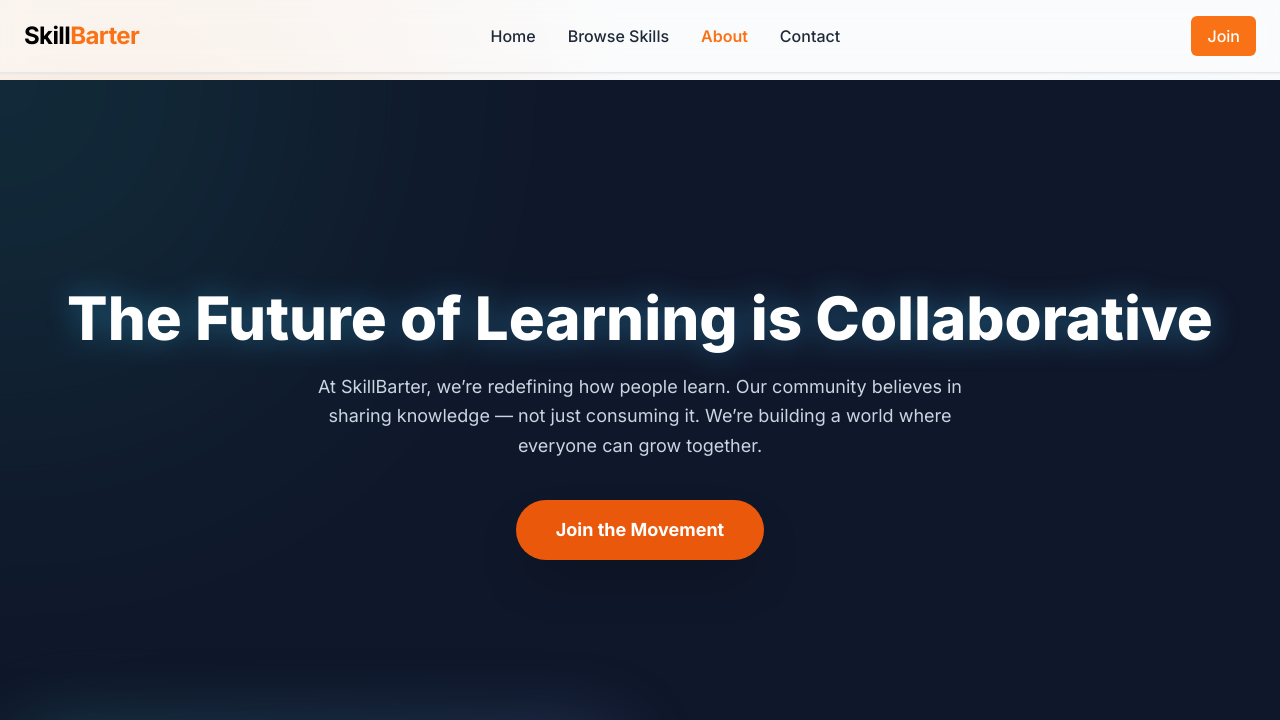
Repository: Shubhamgarg44/Skill-barter-frontend
Page: /about
The author's editor kept a copy of each file at every save. The page is drawn from the files as they stood at one save, then again after a run of saves.
The browser window is 1280 px wide. The pictures show the whole page.
The page's requests for data from a server got no answer. An inner scrolling area shows only its first screen. The project was rebuilt for these pictures with package versions that can differ from the ones it lists, and the page was loaded fresh each time. No one was signed in, and anything a server would have sent is missing. Also part of the build but not shown: vite.config.js, src/components/PrivateRoute.jsx, src/components/Hero.jsx, src/components/Howitworks.jsx, src/api/axios.js, src/components/featured.jsx, src/components/Login.jsx, src/components/Signup.jsx and 5 more.

Above is the page before, as saved 2025-10-05 17:17:12.

### index.html
<!doctype html>
<html lang="en">
  <head>
    <meta charset="UTF-8" />
    <link rel="icon" type="image/svg+xml" href="" />
    <meta name="viewport" content="width=device-width, initial-scale=1.0" />
    <title>Skill Barter</title>
  </head>
  <body>
    <div id="root"></div>
    <script type="module" src="/src/main.jsx"></script>
  </body>
</html>

### src/main.jsx
import React from "react";
import ReactDOM from "react-dom/client";
import App from "./App.jsx";
import "./index.css";
import { ToastContainer } from "react-toastify";
import "react-toastify/dist/ReactToastify.css";

ReactDOM.createRoot(document.getElementById("root")).render(
  <React.StrictMode>
    <App />
    <ToastContainer
      position="top-right"
      autoClose={2500}
      hideProgressBar={false}
      newestOnTop={false}
      closeOnClick
      pauseOnHover
      draggable
      theme="light"  // keeps your bright UI style
    />
  </React.StrictMode>
);

### src/App.jsx
import React from "react";
import {
  BrowserRouter as Router,
  Routes,
  Route,
  useLocation,
} from "react-router-dom";
import "./App.css";
import PrivateRoute from "./components/PrivateRoute";
import Header from "./components/Header";
import Hero from "./components/Hero";
import HowItWorks from "./components/Howitworks";
import FeaturedSkills from "./components/featured";
import Login from "./components/Login";
import Signup from "./components/Signup";
import Dashboard from "./pages/Dashboard";
import SkillDetails from "./pages/SkillDetails";
import BrowseSkills from "./pages/BrowseSkills";
import UserProfile from "./pages/UserProfile";
import About from "./pages/About";




function Layout() {
  const location = useLocation();
  const hideHeaderRoutes = ["/login", "/signup"];
  const currentPath = location.pathname.toLowerCase();
  const hideHeader = hideHeaderRoutes.some((path) =>
    currentPath.startsWith(path)
  );

  return (
    <div className="relative overflow-x-hidden min-h-screen">
      {!hideHeader && <Header />}
      <main className={!hideHeader ? "pt-[80px]" : ""}>
        <Routes>
          <Route
            path="/"
            element={
              <>
                <Hero />
                <HowItWorks />
                <FeaturedSkills />
              </>
            }
          />
          <Route path="/login" element={<Login />} />
          <Route path="/signup" element={<Signup />} />
          <Route path="/browse" element={<BrowseSkills />} />
          <Route path="/profile/:userId" element={<UserProfile />} />
          <Route path="/about" element={<About />} />




          {/* ✅ Dashboard inside layout (so Header stays) */}
          <Route
            path="/dashboard"
            element={
              <PrivateRoute>
                <Dashboard />
              </PrivateRoute>
            }
          />
          <Route path="/skills/:id" element={<SkillDetails />} />
        </Routes>
      </main>
    </div>
  );
}

function App() {
  return (
    <Router>
      <Layout />
    </Router>
  );
}

export default App;

### src/index.css
@tailwind base;
@tailwind components;
@tailwind utilities;

body {
  margin: 0;
  padding: 0;
  box-sizing: border-box;
  overflow-x: hidden;
}

### src/App.css
#root {
  max-width: 1280px;
  margin: 0 auto;
  padding: 2rem;
  text-align: center;
}

.logo {
  height: 6em;
  padding: 1.5em;
  will-change: filter;
  transition: filter 300ms;
}
.logo:hover {
  filter: drop-shadow(0 0 2em #646cffaa);
}
.logo.react:hover {
  filter: drop-shadow(0 0 2em #61dafbaa);
}

/* App.css or index.css */
#root {
  max-width: 100%;
  margin: 0 auto;
  padding: 0;
  text-align: center;
}

/* For larger screens */
@media (min-width: 768px) {
  #root {
    max-width: 1600px;
    padding: 0;
  }
}


@keyframes logo-spin {
  from {
    transform: rotate(0deg);
  }
  to {
    transform: rotate(360deg);
  }
}

/* Soft blurred background blobs */
.gradient-blob {
  position: absolute;
  border-radius: 50%;
  filter: blur(80px);
  opacity: 0.5;
  z-index: 0;
}


@media (prefers-reduced-motion: no-preference) {
  a:nth-of-type(2) .logo {
    animation: logo-spin infinite 20s linear;
  }
}

.card {
  padding: 2em;
}

.read-the-docs {
  color: #888;
}

### src/pages/About.jsx
import React, { useEffect, useState } from "react";

const About = () => {
  const [scrollY, setScrollY] = useState(0);

  useEffect(() => {
    const handleScroll = () => setScrollY(window.scrollY);
    window.addEventListener("scroll", handleScroll);
    return () => window.removeEventListener("scroll", handleScroll);
  }, []);

  return (
    <div className="min-h-screen bg-slate-900 text-white overflow-hidden relative">
      {/* Floating gradient blobs like Hero */}
      <div className="absolute top-0 left-0 w-[500px] h-[500px] bg-teal-400 rounded-full blur-[180px] opacity-20 -translate-x-1/2 -translate-y-1/2"></div>
      <div className="absolute bottom-0 right-0 w-[600px] h-[600px] bg-orange-500 rounded-full blur-[220px] opacity-20 translate-x-1/3 translate-y-1/3"></div>

      {/* Main About Hero Section */}
      <section className="min-h-[80vh] flex flex-col justify-center items-center text-center px-6 relative z-10 pt-28">
        <h1
          className="text-5xl lg:text-6xl font-extrabold text-white mb-6 leading-tight drop-shadow-[0_0_15px_rgba(56,189,248,0.4)]"
          style={{ transform: `translateY(${scrollY * 0.1}px)` }}
        >
          The Future of Learning is Collaborative
        </h1>
        <p
          className="text-lg text-slate-300 max-w-2xl leading-relaxed mb-10"
          style={{ transform: `translateY(${scrollY * 0.15}px)` }}
        >
          At SkillBarter, we’re redefining how people learn. Our community
          believes in sharing knowledge — not just consuming it. We’re building
          a world where everyone can grow together.
        </p>
        <button className="bg-orange-600 text-white px-10 py-4 text-lg font-bold rounded-full hover:bg-orange-500 transition-all duration-300 transform hover:-translate-y-1 shadow-2xl hover:shadow-orange-500/30 active:scale-95">
          Join the Movement
        </button>
      </section>

      {/* About Details Section */}
      <section className="max-w-7xl mx-auto px-6 py-20 grid md:grid-cols-2 gap-12 items-center">
        {/* Image / Visual Side */}
        <div
          className="relative w-full h-80 flex items-center justify-center"
          style={{ transform: `translateY(${scrollY * 0.1}px)` }}
        >
          <div className="absolute inset-0 bg-gradient-to-br from-teal-400/30 to-purple-500/30 rounded-3xl blur-2xl"></div>
          <img
            src="/src/assets/teamwork.png"
            alt="Team Collaboration"
            className="relative z-10 rounded-3xl w-full h-full object-cover border border-white/10"
          />
        </div>

        {/* Text Content */}
        <div className="space-y-4">
          <h2 className="text-3xl font-bold text-orange-400">
            Who We Are
          </h2>
          <p className="text-slate-300 leading-relaxed">
            SkillBarter is more than a platform — it’s a movement to make
            learning accessible, personal, and human. By connecting learners and
            teachers through shared skills, we’re creating a system built on
            trust, collaboration, and growth.
          </p>
          <p className="text-slate-400">
            Whether you’re an artist, developer, cook, or student — there’s
            always someone you can learn from, and someone who can learn from
            you.
          </p>
        </div>
      </section>

      {/* Mission & Vision Section */}
      <section className="bg-slate-800/50 backdrop-blur-xl border-t border-b border-slate-700 py-20 relative z-10">
        <div className="max-w-6xl mx-auto px-6 grid md:grid-cols-2 gap-12 items-start">
          <div>
            <h2 className="text-3xl font-bold text-teal-400 mb-4">
              Our Mission
            </h2>
            <p className="text-slate-300 leading-relaxed">
              To create a world where learning and teaching flow naturally
              between people. We aim to connect individuals through the power of
              skill-sharing — creating an ecosystem of continuous learning.
            </p>
          </div>
          <div>
            <h2 className="text-3xl font-bold text-orange-400 mb-4">
              Our Vision
            </h2>
            <p className="text-slate-300 leading-relaxed">
              We envision a community-driven economy of knowledge where skills
              are the true currency, and every connection creates an opportunity
              for growth.
            </p>
          </div>
        </div>
      </section>

      {/* Why Choose Section */}
      <section className="max-w-7xl mx-auto px-6 py-20 text-center relative z-10">
        <h2 className="text-4xl font-bold text-white mb-12">
          Why Choose <span className="text-orange-400">SkillBarter</span>?
        </h2>
        <div className="grid sm:grid-cols-2 lg:grid-cols-3 gap-10">
          {[
            {
              title: "Community of Learners",
              desc: "Connect with people passionate about growth — from coding and cooking to design and music.",
              color: "from-teal-400 to-cyan-500",
              emoji: "🌍",
            },
            {
              title: "Learn. Teach. Earn.",
              desc: "Earn tokens by teaching others and use them to learn new skills — knowledge that truly pays back.",
              color: "from-orange-500 to-pink-500",
              emoji: "💎",
            },
            {
              title: "Built for Collaboration",
              desc: "Exchange ideas, feedback, and skills in a fun, interactive way that builds real connections.",
              color: "from-purple-500 to-violet-600",
              emoji: "🤝",
            },
          ].map((item, i) => (
            <div
              key={i}
              className={`bg-gradient-to-br ${item.color} p-[2px] rounded-2xl hover:scale-[1.03] transition-transform duration-300`}
            >
              <div className="bg-slate-900/90 rounded-2xl p-6 h-full backdrop-blur-xl text-left space-y-3">
                <div className="text-4xl">{item.emoji}</div>
                <h3 className="text-2xl font-semibold text-white">
                  {item.title}
                </h3>
                <p className="text-slate-300 text-sm">{item.desc}</p>
              </div>
            </div>
          ))}
        </div>
      </section>

      {/* Floating Animation Styles */}
      <style>{`
        @keyframes float {
          0%, 100% { transform: translateY(0px); }
          50% { transform: translateY(-10px); }
        }
        .animate-float { animation: float 4s ease-in-out infinite; }
      `}</style>
    </div>
  );
};

export default About;

### src/components/Login.css
/* Import Modern Font */
@import url('https://fonts.googleapis.com/css2?family=Inter:wght@400;500;600;700;800&display=swap');

* {
  box-sizing: border-box;
}

body, html {
  margin: 0;
  padding: 0;
  font-family: 'Inter', sans-serif;
  height: 100%;
  color: #475569; /* slate-600 */
  /* Background with soft gradient blobs for the glassmorphism to work */
  background-color: #f8fafc; /* slate-50 */
  background-image:
    radial-gradient(circle at 10% 20%, rgba(251, 146, 60, 0.15), transparent 40%),
    radial-gradient(circle at 90% 80%, rgba(34, 211, 238, 0.15), transparent 40%);
  overflow-x: hidden;
}

.login-container {
  min-height: 100vh;
  display: flex;
  justify-content: center;
  align-items: center;
  padding: 20px;
}

/* --- Glassmorphism Effect --- */
.login-card {
  /* The Glass Effect */
  background: rgba(255, 255, 255, 0.6);
  -webkit-backdrop-filter: blur(16px);
  backdrop-filter: blur(16px);
  border: 1px solid rgba(255, 255, 255, 0.2);

  padding: 3rem;
  border-radius: 24px; /* Larger radius for a softer look */
  box-shadow: 0 8px 32px 0 rgba(0, 0, 0, 0.1);
  width: 100%;
  max-width: 420px;
}

.login-title {
  font-size: 2rem;
  font-weight: 800;
  color: #0f172a; /* slate-900 */
  margin-bottom: 0.5rem;
  text-align: center;
}

.login-subtitle {
  font-size: 1rem;
  color: #64748b; /* slate-500 */
  text-align: center;
  margin-bottom: 2.5rem;
}

.login-link {
  color: #ea580c; /* orange-600 */
  font-weight: 600;
  text-decoration: none;
  transition: color 0.3s ease;
}

.login-link:hover {
  color: #f97316; /* orange-500 */
}

.login-form {
  display: flex;
  flex-direction: column;
  gap: 1.5rem;
}

/* --- Modern Form Inputs --- */
.login-input {
  width: 100%;
  padding: 0.8rem 1rem;
  font-size: 1rem;
  background-color: #f1f5f9; /* slate-100 */
  border: 1px solid #e2e8f0; /* slate-200 */
  border-radius: 8px;
  transition: all 0.3s ease;
}

.login-input:focus {
  outline: none;
  border-color: #f97316; /* orange-500 */
  background-color: #ffffff;
  box-shadow: 0 0 0 3px rgba(234, 88, 12, 0.15);
}

.remember-forgot {
  display: flex;
  justify-content: space-between;
  align-items: center;
  font-size: 0.9rem;
  color: #475569; /* slate-600 */
  margin-top: -0.5rem; /* Adjust spacing */
}

/* --- Primary Action Button --- */
.login-button {
  width: 100%;
  background-color: #ea580c; /* orange-600 */
  color: white;
  font-weight: 700;
  padding: 0.9rem 0;
  border: none;
  border-radius: 10px;
  font-size: 1.1rem;
  cursor: pointer;
  transition: all 0.3s ease;
  box-shadow: 0 4px 15px -5px rgba(234, 88, 12, 0.4);
}

.login-button:hover:not(:disabled) {
  background-color: #f97316; /* orange-500 */
  transform: translateY(-2px);
  box-shadow: 0 8px 25px -8px rgba(234, 88, 12, 0.5);
}

.divider {
  text-align: center;
  color: #94a3b8; /* slate-400 */
  margin: 2rem 0 1.5rem;
}

/* --- Social Buttons --- */
.social-login {
  display: flex;
  justify-content: center;
  gap: 1.5rem;
}

.social-button {
  display: flex;
  align-items: center;
  justify-content: center;
  background-color: #f1f5f9; /* slate-100 */
  border-radius: 50%;
  width: 44px;
  height: 44px;
  transition: all 0.3s ease;
  border: 1px solid transparent;
}

.social-button:hover {
  background-color: #fff7ed; /* orange-50 */
  border-color: #fed7aa; /* orange-200 */
}

.social-icon {
  width: 22px;
  height: 22px;
  /* Filter to generate an orange color from black */
  filter: brightness(0) saturate(100%) invert(55%) sepia(87%) saturate(1421%) hue-rotate(352deg) brightness(96%) contrast(94%);
}

/* --- Responsive Design --- */
@media (max-width: 480px) {
  .login-card {
    padding: 2.5rem 1.5rem;
    width: 100%;
  }

  .login-title {
    font-size: 1.75rem;
  }
}

/* (The rest of your utility classes like .remember-me can remain as they are) */

### src/components/Signup.css
/* Import Modern Font */
@import url('https://fonts.googleapis.com/css2?family=Inter:wght@400;500;600;700;800&display=swap');

* {
  box-sizing: border-box;
}

body, html {
  margin: 0;
  padding: 0;
  font-family: 'Inter', sans-serif;
  height: 100%;
  color: #475569; /* slate-600 */
  /* Consistent background with soft gradient blobs */
  background-color: #f8fafc; /* slate-50 */
  background-image:
    radial-gradient(circle at 10% 20%, rgba(251, 146, 60, 0.15), transparent 40%),
    radial-gradient(circle at 90% 80%, rgba(34, 211, 238, 0.15), transparent 40%);
  overflow-x: hidden;
}

.signup-container {
  min-height: 100vh;
  display: flex;
  justify-content: center;
  align-items: center;
  padding: 20px;
}

/* --- Consistent Glassmorphism Effect --- */
.signup-form-container {
  background: rgba(255, 255, 255, 0.6);
  -webkit-backdrop-filter: blur(16px);
  backdrop-filter: blur(16px);
  border: 1px solid rgba(255, 255, 255, 0.2);

  padding: 3rem 4rem;
  border-radius: 24px;
  box-shadow: 0 8px 32px 0 rgba(0, 0, 0, 0.1);
  max-width: 600px;
  width: 100%;
}

.signup-title {
  font-size: 2.25rem;
  font-weight: 800;
  color: #0f172a; /* slate-900 */
  margin-bottom: 0.5rem;
  text-align: center;
}

.signup-subtitle {
  font-size: 1rem;
  color: #64748b; /* slate-500 */
  text-align: center;
  margin-bottom: 2.5rem;
}

.signup-link, .terms-link {
  color: #ea580c; /* orange-600 */
  font-weight: 600;
  text-decoration: none;
  transition: color 0.3s ease;
}

.signup-link:hover, .terms-link:hover {
  color: #f97316; /* orange-500 */
}

.signup-form {
  display: flex;
  flex-direction: column;
  gap: 1.5rem;
}

.name-fields {
  display: flex;
  gap: 1rem;
}

.form-group {
  flex: 1;
  display: flex;
  flex-direction: column;
}

/* --- Consistent Modern Form Inputs --- */
.form-input {
  padding: 0.8rem 1rem;
  font-size: 1rem;
  background-color: #f1f5f9; /* slate-100 */
  border: 1px solid #e2e8f0; /* slate-200 */
  border-radius: 8px;
  transition: all 0.3s ease;
}

.form-input:focus {
  outline: none;
  border-color: #f97316; /* orange-500 */
  background-color: #ffffff;
  box-shadow: 0 0 0 3px rgba(234, 88, 12, 0.15);
}

.password-validation-item {
  display: flex;
  align-items: center;
  color: #94a3b8; /* slate-400 */
}

.password-validation-item.valid {
  color: #0d9488; /* teal-600 (A nice accent from the palette) */
}

/* --- Consistent Primary Action Button --- */
.submit-button {
  width: 100%;
  background-color: #ea580c; /* orange-600 */
  color: white;
  font-weight: 700;
  padding: 0.9rem 0;
  border: none;
  border-radius: 10px;
  font-size: 1.1rem;
  cursor: pointer;
  transition: all 0.3s ease;
  box-shadow: 0 4px 15px -5px rgba(234, 88, 12, 0.4);
}

.submit-button:hover:not(:disabled) {
  background-color: #f97316; /* orange-500 */
  transform: translateY(-2px);
  box-shadow: 0 8px 25px -8px rgba(234, 88, 12, 0.5);
}

.submit-button:disabled {
  background-color: #fdba74; /* orange-300 */
  cursor: not-allowed;
}

.divider {
  text-align: center;
  color: #94a3b8; /* slate-400 */
  margin: 2rem 0 1.5rem;
}

/* --- Consistent Social Buttons --- */
.social-buttons {
  display: flex;
  justify-content: center;
  gap: 1.5rem;
}

.social-button {
  display: flex;
  align-items: center;
  justify-content: center;
  background-color: #f1f5f9; /* slate-100 */
  border-radius: 50%;
  width: 44px;
  height: 44px;
  transition: all 0.3s ease;
  border: 1px solid transparent;
}

.social-button:hover {
  background-color: #fff7ed; /* orange-50 */
  border-color: #fed7aa; /* orange-200 */
}

.social-icon {
  width: 22px;
  height: 22px;
  filter: brightness(0) saturate(100%) invert(55%) sepia(87%) saturate(1421%) hue-rotate(352deg) brightness(96%) contrast(94%);
}

/* --- Responsive Design --- */
@media (max-width: 640px) {
  .signup-form-container {
    padding: 2.5rem 2rem;
    width: 100%;
  }
  .signup-title {
    font-size: 1.75rem;
  }
  .name-fields {
    flex-direction: column;
  }
}

Loaded but not shown: tailwind.config.js (13 lines, source omitted); src/components/Header.jsx (203 lines, source omitted)

After the next 2 saves:
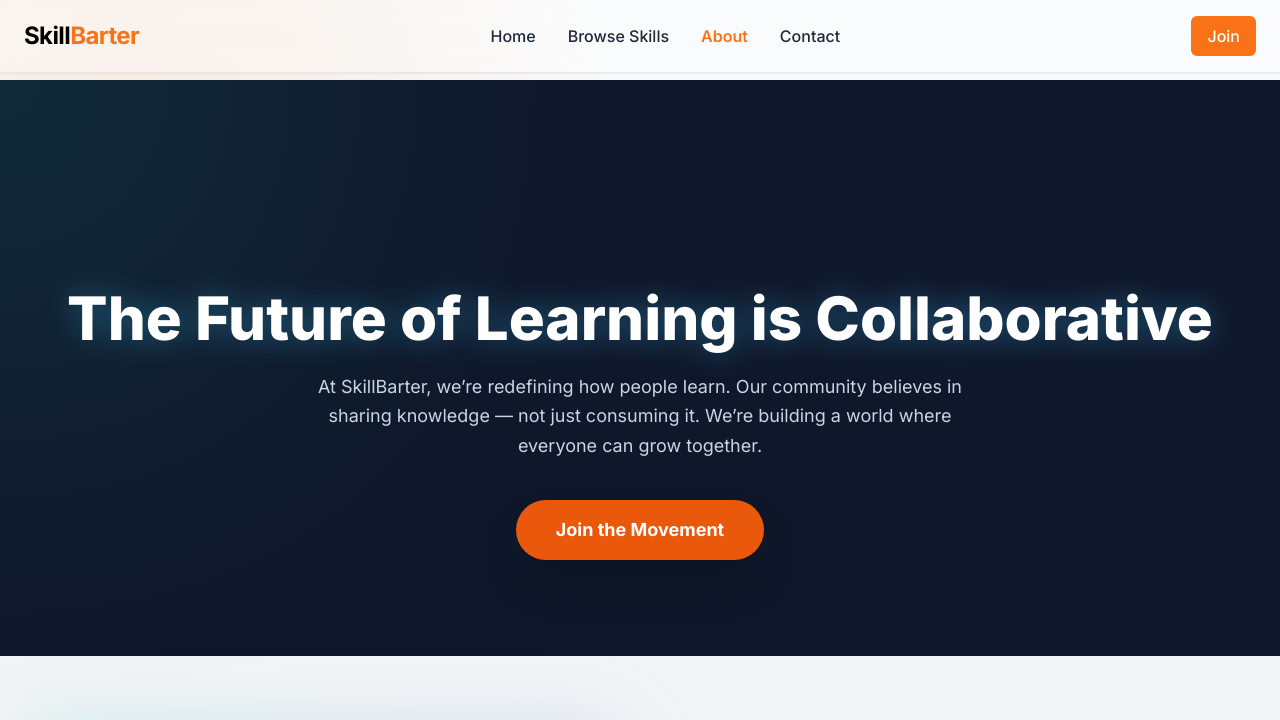
The 2 saves are shown as one change because they came seconds apart.
The last was saved 2 min 40 s later.
--- a/src/pages/About.jsx
+++ b/src/pages/About.jsx
@@ -37,7 +37,7 @@
       </section>
 
       {/* About Details Section */}
-      <section className="max-w-7xl mx-auto px-6 py-20 grid md:grid-cols-2 gap-12 items-center">
+      <section className="max-w-7xl mx-auto px-6 py-20 grid md:grid-cols-2 gap-12 items-center bg-gray-100 ">
         {/* Image / Visual Side */}
         <div
           className="relative w-full h-80 flex items-center justify-center"

After the 2 saves that followed:
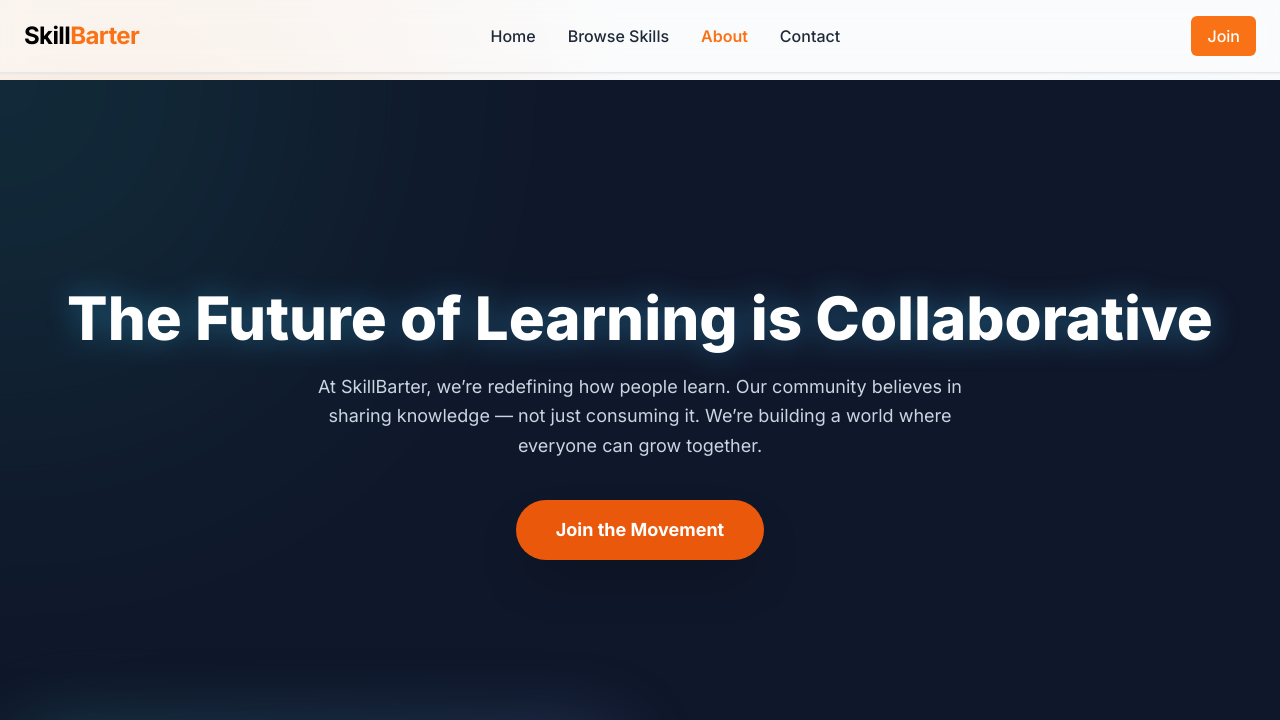
The 2 saves are shown as one change because they came seconds apart.
The last was saved 8 s later.
--- a/src/pages/About.jsx
+++ b/src/pages/About.jsx
@@ -37,7 +37,7 @@
       </section>
 
       {/* About Details Section */}
-      <section className="max-w-7xl mx-auto px-6 py-20 grid md:grid-cols-2 gap-12 items-center bg-gray-100 ">
+      <section className="max-w-7xl mx-auto px-6 py-20 grid md:grid-cols-2 gap-12 items-center">
         {/* Image / Visual Side */}
         <div
           className="relative w-full h-80 flex items-center justify-center"
